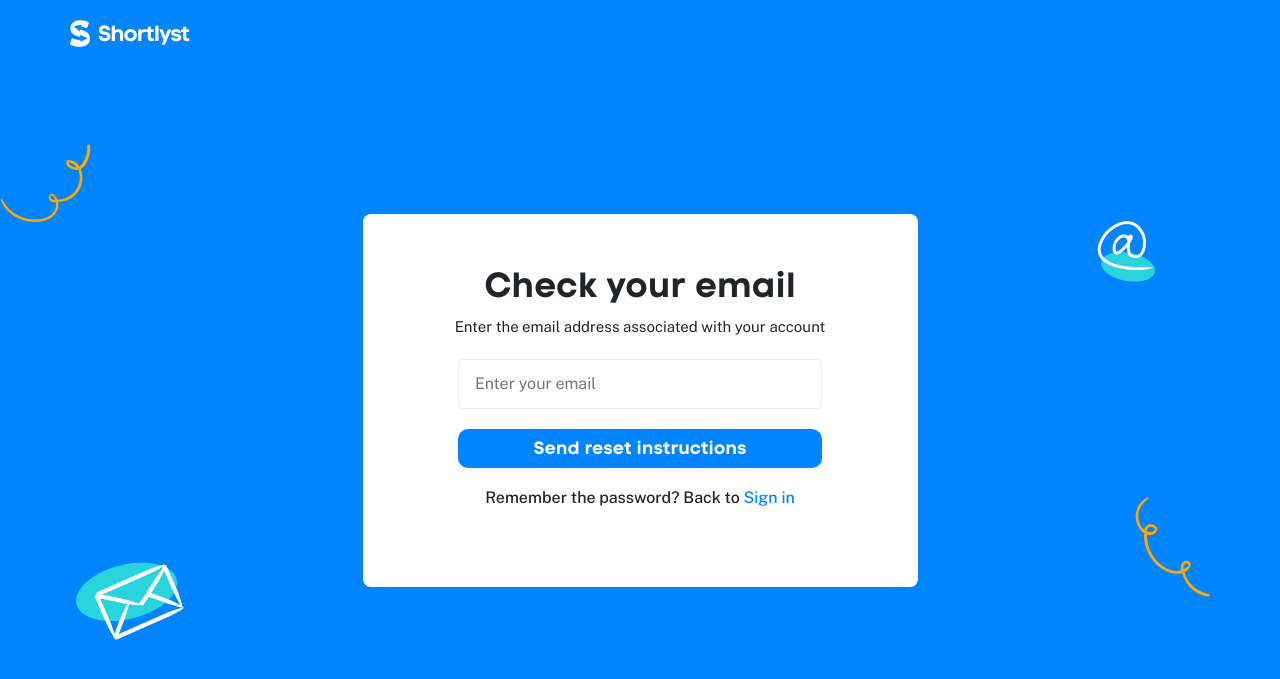
Repository: devtech92/shortlyst-vue
Page: /Checked-email
An editor plug-in stored every save of this project. The page is shown before and after a run of saves, followed by the edit.
The browser window is 1280 px wide. The pictures show the whole page.
Some web libraries are served in a nearby version. The project was rebuilt for these pictures with package versions that can differ from the ones it lists, and the page was loaded fresh each time. Also part of the build but not shown: vue.config.js, src/components/layouts/Navigation.vue, src/components/layouts/DefaultLayout.vue, src/views/Home.vue.

Above is the page before, as saved 2021-06-04 22:04:55.

After the next 2 saves:
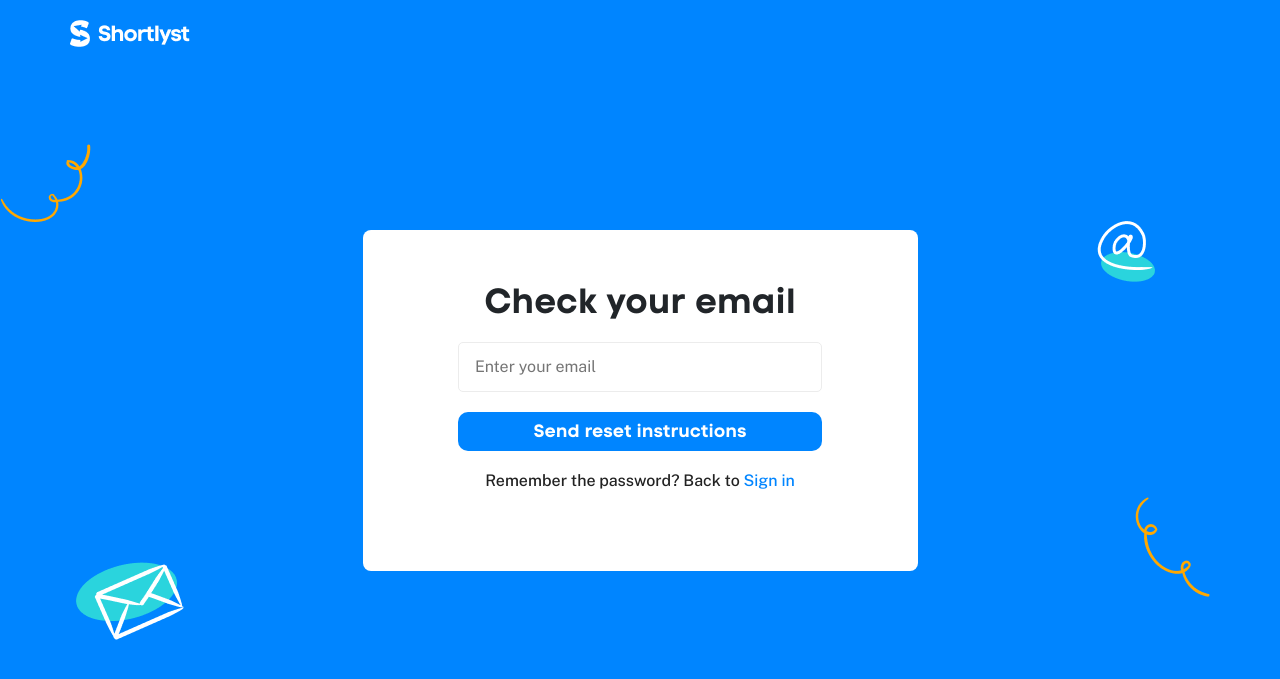
The 2 saves are shown as one change because they came seconds apart.
The last was saved 8 s later.
--- a/src/views/CheckedEmail.vue
+++ b/src/views/CheckedEmail.vue
@@ -32,7 +32,7 @@
             <div class="contacts-sales">
               <div class="salse-title">
                 <h3>Check your email </h3>
-                <p>Enter the email address associated with your account</p>
+                <p></p>
               </div>
               <form action="" class="contact-form">
                 <div class="forgot-pass">

After the 3 saves that followed:
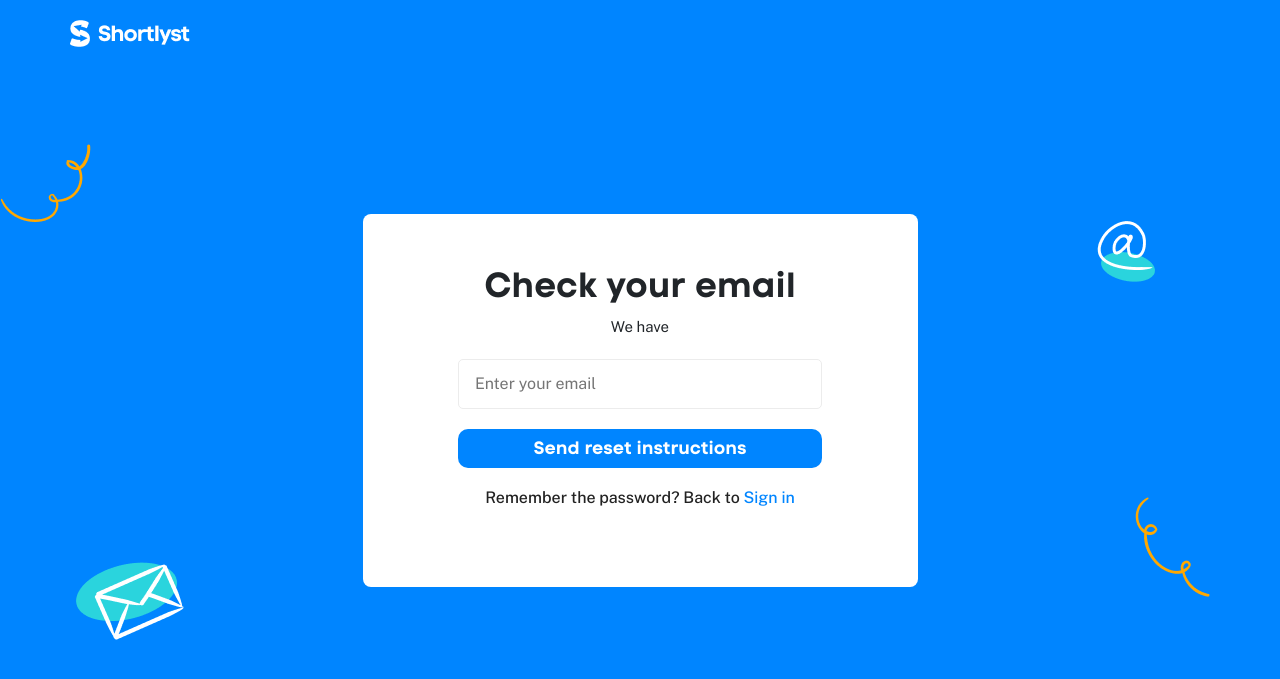
The 3 saves are shown as one change because they came seconds apart.
The last was saved 6 s later.
--- a/src/views/CheckedEmail.vue
+++ b/src/views/CheckedEmail.vue
@@ -32,7 +32,7 @@
             <div class="contacts-sales">
               <div class="salse-title">
                 <h3>Check your email </h3>
-                <p></p>
+                <p>We have </p>
               </div>
               <form action="" class="contact-form">
                 <div class="forgot-pass">
